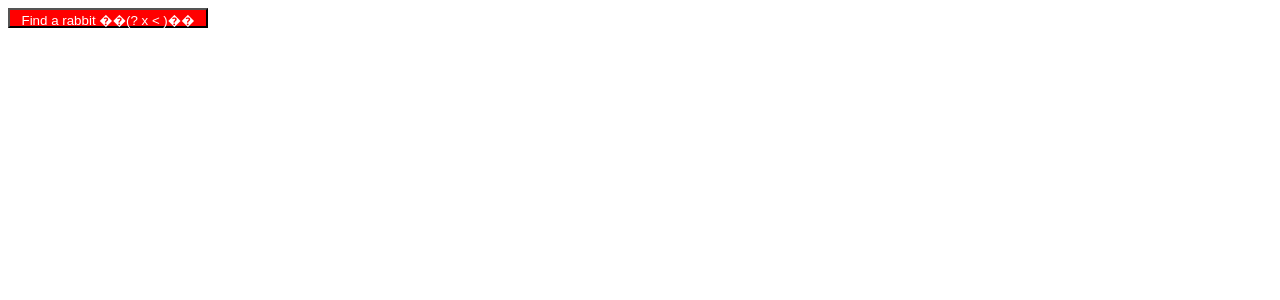
Repository: DongjaJ/Browser
Page: rabbits practice/index.html
An editor plug-in stored every save of this project. The page is shown before and after the next save, followed by the edit.
The browser window is 1280 px wide. The pictures show the whole page.

Above is the page before, as saved 2022-09-14 22:56:54.

### rabbits practice/index.html
<!DOCTYPE html>
<html lang="en">
  <head>
    <meta charset="UTF-8" />
    <meta name="viewport" content="width=device-width, initial-scale=1.0" />
    <title>Scroll</title>
    <style>
      button{
        color: white;
        background-color: red;
        width: 200px;
        height: 20px;
        display: flexbox;
        text-align: center;
      }
    </style>
  </head>
  <body>
    <script></script>
    <button>Find a rabbit £¯(? x < )¡¬</button>
  </body>
</html>

After the next save:
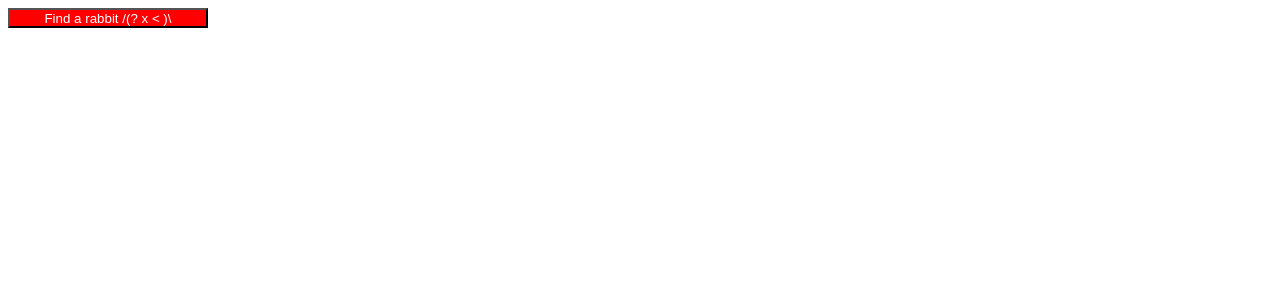
Saved 12 s later.
--- a/rabbits practice/index.html
+++ b/rabbits practice/index.html
@@ -17,6 +17,6 @@
   </head>
   <body>
     <script></script>
-    <button>Find a rabbit £¯(? x < )¡¬</button>
+    <button>Find a rabbit /(? x < )\</button>
   </body>
 </html>
